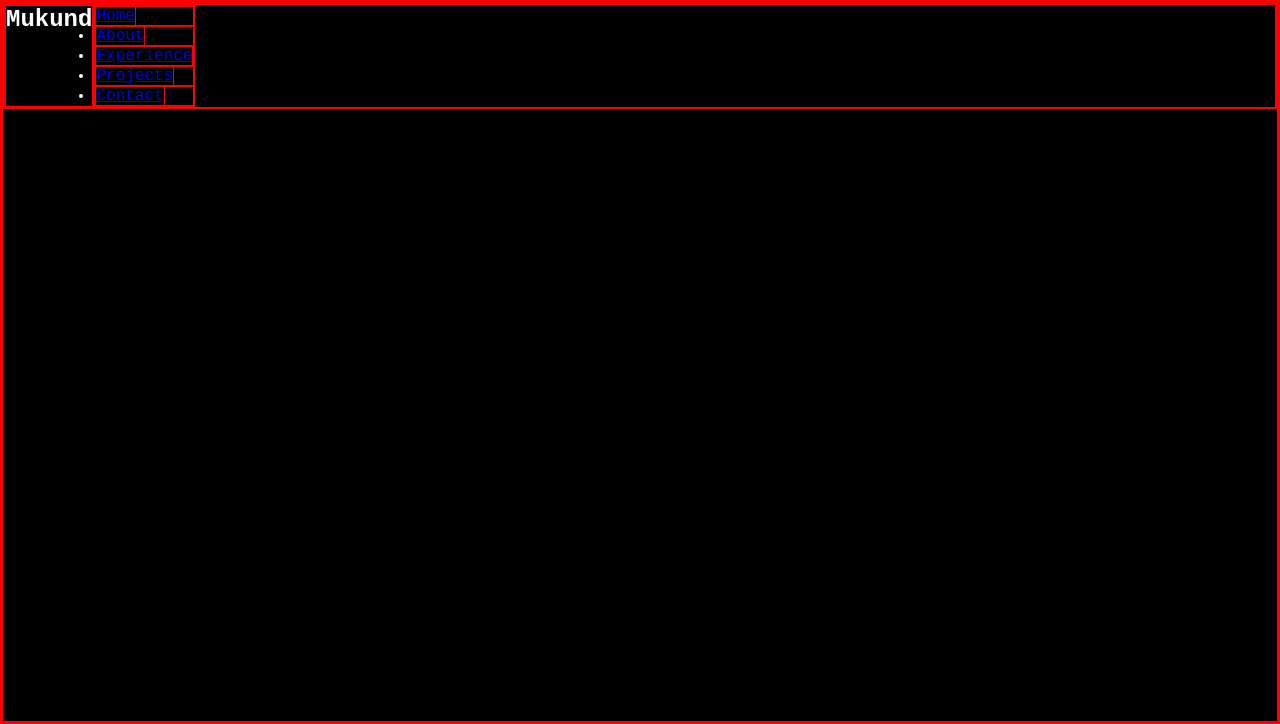
Repository: mukundgangurde/expense-tracker
Page: index.html
The author's editor kept a copy of each file at every save. The page is drawn from the files as they stood at one save, then again after the next save.
The browser window is 1280 px wide. The pictures show the whole page.

Above is the page before, as saved 2025-11-02 17:26:12.

After the next save:
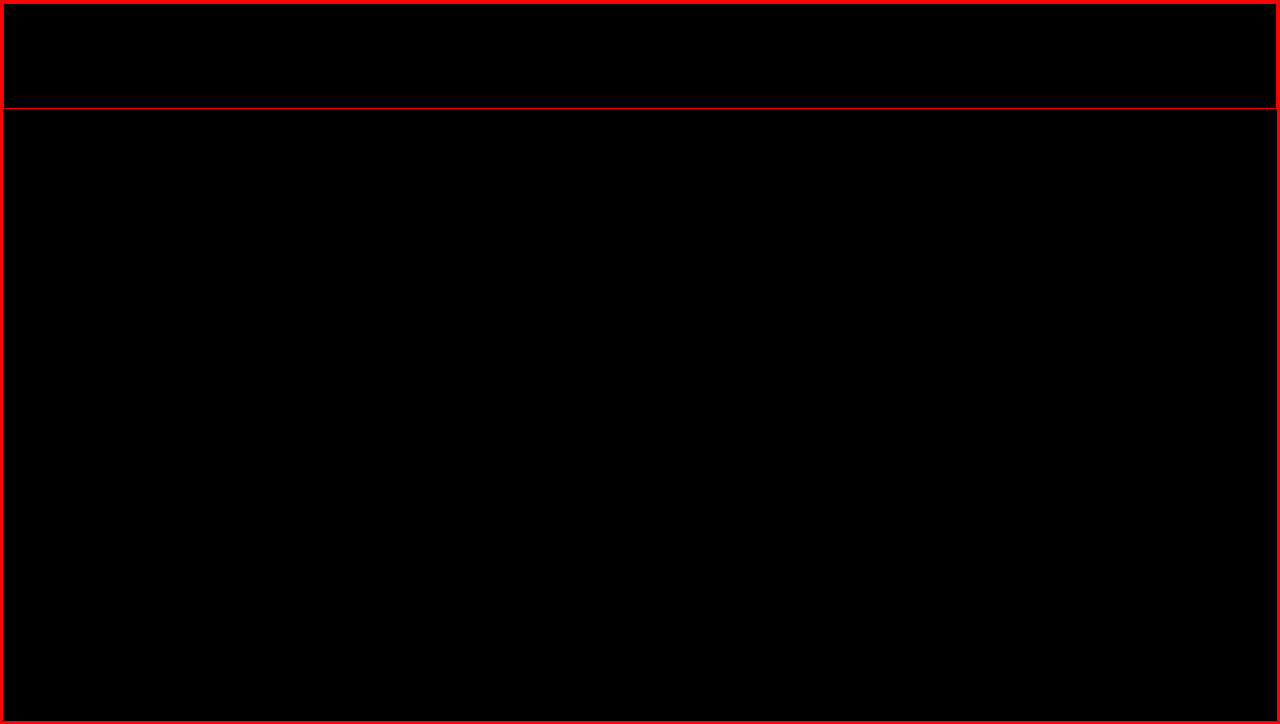
Saved 39 s later.
--- a/style.css
+++ b/style.css
@@ -21,5 +21,5 @@
 
 nav {
   display: flex;
-  text-decoration :;
+  visibility: hidden;
 }

After the save that followed:
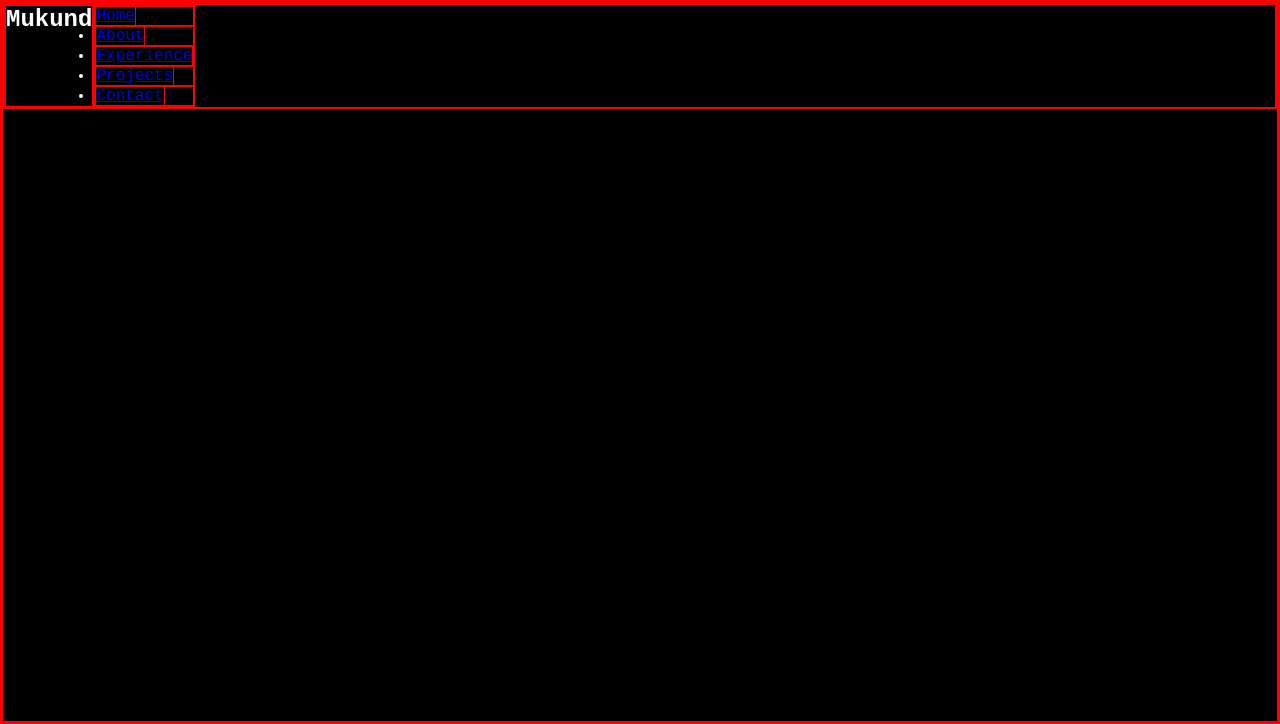
Saved 12 s later.
--- a/style.css
+++ b/style.css
@@ -21,5 +21,4 @@
 
 nav {
   display: flex;
-  visibility: hidden;
 }
